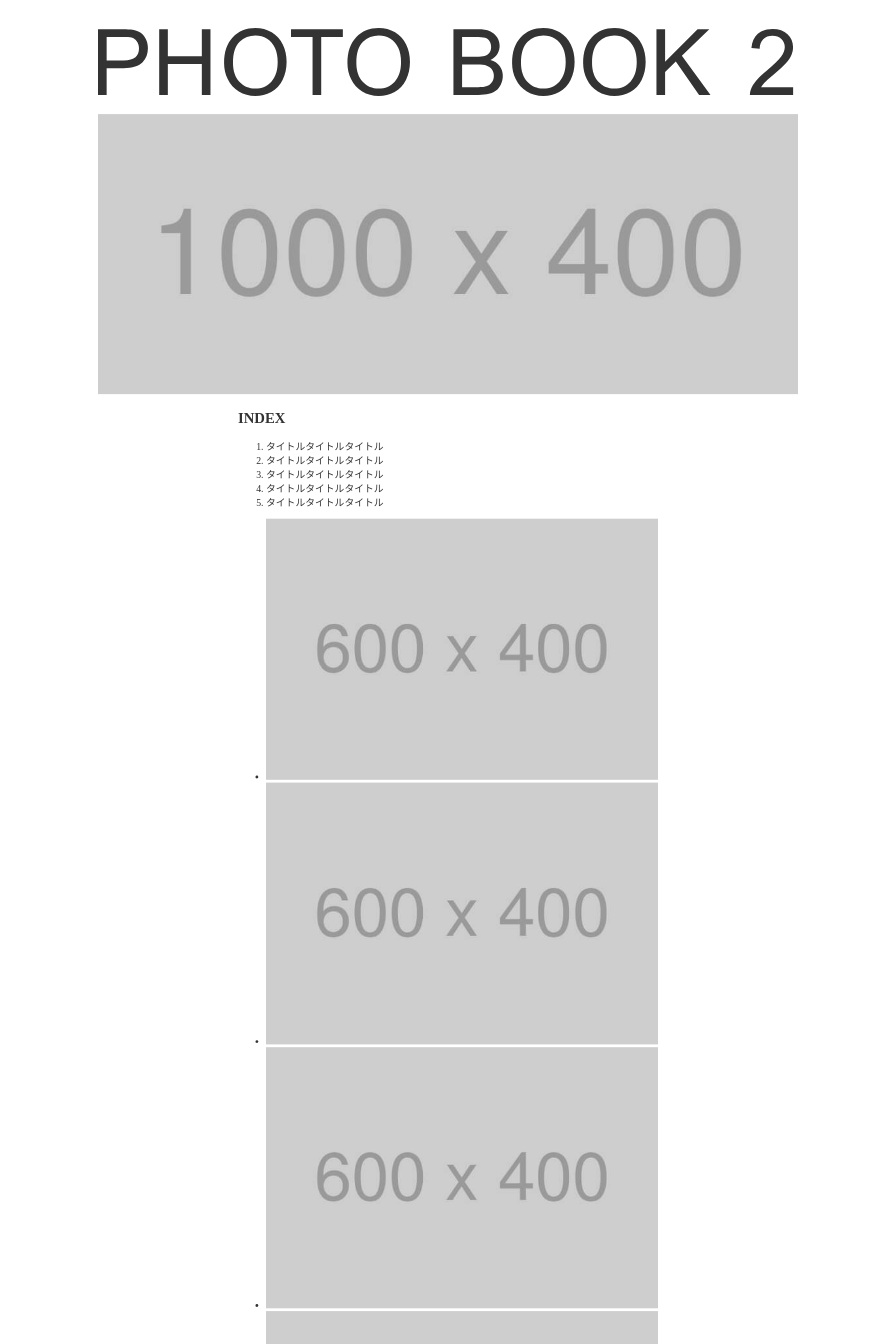
Repository: Fuki-san/photo-book-2
Page: http://localhost/photobook
The author's editor kept a copy of each file at every save. The page is drawn from the files as they stood at one save, then again after a run of saves.
The browser window is 1280 px wide. The pictures show the part of the page from y = 0 to 1920 px (the page is 2576 px tall before and 2504 px after), at 70% of full size.
The page is served by the project's Laravel application, run on PHP 8.4 with Laravel 10. Other server files are loaded and not shown.

Above is the page before, as saved 2023-11-30 11:40:32.

### routes/web.php
<?php

use Illuminate\Support\Facades\Route;

/*
|--------------------------------------------------------------------------
| Web Routes
|--------------------------------------------------------------------------
|
| Here is where you can register web routes for your application. These
| routes are loaded by the RouteServiceProvider and all of them will
| be assigned to the "web" middleware group. Make something great!
|
*/

Route::get('/', function () {
    return view('welcome');
});

Route::get('photobook', function() {
    return view('photobook');
})->name('photobook');

### resources/views/photobook.blade.php
@extends('layouts.main')

@section('title', 'photobook')

@section('content')
    <div class="container">
        <header id="header">
            <h1 class="site-title"><a href="#"><img src="img/logo.svg" alt=""></a></h1>
        </header>

        <main>

            <div id="mainvisual">
                <img src="img/mainvisual.jpg" alt="">
            </div>

            <section id="index">
                <div class="inner">
                    <h2 class="sec-title">INDEX</h2>
                    <div class="index-inner">
                        <ol class="index-list">
                            <li>タイトルタイトルタイトル</li>
                            <li>タイトルタイトルタイトル</li>
                            <li>タイトルタイトルタイトル</li>
                            <li>タイトルタイトルタイトル</li>
                            <li>タイトルタイトルタイトル</li>
                        </ol>
                    </div>
                </div>
            </section>

                <div class="inner">
                    <ul class="list">
                        <li><img src="img/photo1.jpg" alt=""></li>
                        <li><img src="img/photo2.jpg" alt=""></li>
                        <li><img src="img/photo3.jpg" alt=""></li>
                        <li><img src="img/photo4.jpg" alt=""></li>
                    </ul>
                </div>

            <section id="detail">
                <div class="inner">
                    <h2 class="sec-title">DETAIL</h2>
                    <div class="flex">
                        <dl>
                            <dt>著者 : </dt>
                            <dd>タイトルタイトルタイトル</dd>
                            <dt>出版社 : </dt>
                            <dd>タイトルタイトルタイトル</dd>
                            <dt>発行年 : </dt>
                            <dd>2021年1月1日</dd>
                        </dl>
                        <div class="text">
                            <p>テキストテキストテキストテキストテキストテキストテキストテキスト</p>
                            <p>テキストテキストテキストテキストテキストテキストテキストテキスト</p>
                            <a href="#" class="link" target="_blank" rel="noopener noreferrer">オンラインストアで見る</a>
                        </div>
                    </div>
                </div>
            </section>
        </main>

        <footer id="footer">
            <p>&copy; 2021 PHOTO BOOK 2</p>
        </footer>

    </div>
@endsection

### resources/views/layouts/main.blade.php
<!DOCTYPE html>
<html lang="ja">
<head>
    <meta charset="UTF-8">
    <meta name="viewport" content="width=device-width, initial-scale=1.0">
    <meta http-equiv="X-UA-Compatible" content="ie=edge">
    <link rel="stylesheet" href="{{ asset('css/reset.css') }}">
    <link rel="stylesheet" href="{{ asset('css/style.css') }}">
    <link rel="icon" href="img/favicon.ico">
    <title>@yield('title')</title>
</head>
<body>
    @yield('content')
</body>
</html>

### public/css/style.css
@charset "utf-8";

html{
    font-size: 100%;
}
body{
    color: #333;
    font-size: 0.875rem;
}
img{
    max-width: 100%;
}
.container{
    max-width: 1000px;
    margin: 0 auto;
}
.inner{
    margin: 0 auto;
    max-width: 600px;
}

/* header */
#header{
    margin-top: 40px;
}

### public/img/logo.svg
<?xml version="1.0" encoding="utf-8"?>
<!-- Generator: Adobe Illustrator 15.1.0, SVG Export Plug-In . SVG Version: 6.00 Build 0)  -->
<!DOCTYPE svg PUBLIC "-//W3C//DTD SVG 1.1//EN" "http://www.w3.org/Graphics/SVG/1.1/DTD/svg11.dtd">
<svg version="1.1" id="レイヤー_1" xmlns="http://www.w3.org/2000/svg" xmlns:xlink="http://www.w3.org/1999/xlink" x="0px"
	 y="0px" width="1600px" height="156px" viewBox="0 0 1600 156" enable-background="new 0 0 1600 156" xml:space="preserve">
<g>
	<path fill="#333333" d="M0,152.092V2.65h56.373c9.92,0,17.498,0.477,22.731,1.428c7.34,1.223,13.49,3.552,18.451,6.982
		c4.96,3.433,8.953,8.241,11.978,14.425c3.022,6.185,4.536,12.98,4.536,20.387c0,12.709-4.043,23.463-12.129,32.264
		c-8.09,8.802-22.699,13.202-43.834,13.202h-38.33v60.754H0z M19.775,73.702h38.636c12.775,0,21.847-2.379,27.217-7.136
		c5.369-4.757,8.053-11.451,8.053-20.082c0-6.252-1.581-11.604-4.741-16.056c-3.16-4.45-7.324-7.391-12.487-8.817
		c-3.33-0.883-9.481-1.325-18.452-1.325H19.775V73.702z"/>
	<path fill="#333333" d="M139.859,152.092V2.65h19.776v61.367h77.677V2.65h19.775v149.441h-19.775V81.652h-77.677v70.439H139.859z"
		/>
	<path fill="#333333" d="M288.174,79.309c0-24.805,6.66-44.224,19.98-58.258C321.473,7.019,338.667,0,359.735,0
		c13.795,0,26.232,3.298,37.309,9.889c11.076,6.593,19.521,15.784,25.332,27.574c5.811,11.791,8.716,25.163,8.716,40.112
		c0,15.155-3.059,28.713-9.175,40.674c-6.116,11.961-14.781,21.016-25.993,27.166c-11.214,6.15-23.311,9.226-36.291,9.226
		c-14.067,0-26.641-3.398-37.717-10.194c-11.079-6.794-19.471-16.071-25.179-27.829C291.029,104.86,288.174,92.425,288.174,79.309z
		 M308.562,79.614c0,18.01,4.843,32.197,14.527,42.559c9.684,10.364,21.831,15.546,36.442,15.546
		c14.884,0,27.131-5.231,36.75-15.699c9.615-10.464,14.423-25.313,14.423-44.546c0-12.165-2.057-22.784-6.167-31.856
		c-4.112-9.071-10.126-16.106-18.043-21.101c-7.917-4.995-16.804-7.493-26.656-7.493c-14,0-26.046,4.81-36.137,14.425
		C313.608,41.065,308.562,57.121,308.562,79.614z"/>
	<path fill="#333333" d="M490.425,152.092V20.286h-49.237V2.65h118.451v17.636h-49.439v131.806H490.425z"/>
	<path fill="#333333" d="M570.14,79.309c0-24.805,6.658-44.224,19.979-58.258C603.438,7.019,620.632,0,641.7,0
		c13.794,0,26.23,3.298,37.309,9.889c11.076,6.593,19.522,15.784,25.331,27.574c5.813,11.791,8.717,25.163,8.717,40.112
		c0,15.155-3.059,28.713-9.176,40.674c-6.114,11.961-14.779,21.016-25.992,27.166s-23.311,9.226-36.291,9.226
		c-14.068,0-26.641-3.398-37.717-10.194c-11.078-6.794-19.47-16.071-25.179-27.829C572.994,104.86,570.14,92.425,570.14,79.309z
		 M590.526,79.614c0,18.01,4.843,32.197,14.527,42.559c9.685,10.364,21.83,15.546,36.442,15.546
		c14.883,0,27.132-5.231,36.748-15.699c9.615-10.464,14.424-25.313,14.424-44.546c0-12.165-2.057-22.784-6.166-31.856
		c-4.113-9.071-10.127-16.106-18.043-21.101c-7.918-4.995-16.804-7.493-26.658-7.493c-14,0-26.044,4.81-36.136,14.425
		C595.572,41.065,590.526,57.121,590.526,79.614z"/>
	<path fill="#333333" d="M812.43,152.092V2.65h56.066c11.416,0,20.573,1.514,27.472,4.537c6.896,3.024,12.3,7.68,16.209,13.966
		c3.907,6.286,5.861,12.861,5.861,19.724c0,6.39-1.732,12.404-5.198,18.044c-3.467,5.641-8.7,10.193-15.7,13.659
		c9.039,2.65,15.987,7.172,20.848,13.558c4.857,6.389,7.289,13.933,7.289,22.631c0,7-1.479,13.506-4.435,19.521
		c-2.957,6.016-6.612,10.652-10.958,13.915c-4.352,3.261-9.806,5.726-16.363,7.391c-6.558,1.666-14.593,2.497-24.106,2.497H812.43z
		 M832.206,65.444h32.313c8.768,0,15.053-0.576,18.859-1.733c5.027-1.493,8.818-3.975,11.366-7.439
		c2.548-3.468,3.822-7.815,3.822-13.049c0-4.961-1.188-9.328-3.567-13.099c-2.38-3.773-5.776-6.354-10.192-7.748
		c-4.419-1.393-11.997-2.09-22.733-2.09h-29.868V65.444z M832.206,134.457h37.208c6.386,0,10.872-0.237,13.455-0.715
		c4.552-0.814,8.358-2.173,11.417-4.077c3.058-1.901,5.571-4.672,7.544-8.308c1.971-3.634,2.956-7.832,2.956-12.589
		c0-5.571-1.428-10.414-4.281-14.526c-2.854-4.111-6.814-6.999-11.876-8.665c-5.063-1.664-12.354-2.497-21.865-2.497h-34.558
		V134.457z"/>
	<path fill="#333333" d="M946.479,79.309c0-24.805,6.659-44.224,19.979-58.258C979.776,7.019,996.972,0,1018.039,0
		c13.794,0,26.23,3.298,37.309,9.889c11.077,6.593,19.521,15.784,25.331,27.574c5.812,11.791,8.717,25.163,8.717,40.112
		c0,15.155-3.058,28.713-9.175,40.674s-14.781,21.016-25.994,27.166s-23.311,9.226-36.29,9.226
		c-14.068,0-26.641-3.398-37.717-10.194c-11.078-6.794-19.47-16.071-25.18-27.829C949.332,104.86,946.479,92.425,946.479,79.309z
		 M966.865,79.614c0,18.01,4.842,32.197,14.526,42.559c9.685,10.364,21.83,15.546,36.442,15.546
		c14.884,0,27.133-5.231,36.749-15.699c9.615-10.464,14.424-25.313,14.424-44.546c0-12.165-2.057-22.784-6.166-31.856
		c-4.113-9.071-10.127-16.106-18.044-21.101c-7.917-4.995-16.803-7.493-26.657-7.493c-14.001,0-26.044,4.81-36.136,14.425
		C971.91,41.065,966.865,57.121,966.865,79.614z"/>
	<path fill="#333333" d="M1108.865,79.309c0-24.805,6.66-44.224,19.979-58.258C1142.163,7.019,1159.357,0,1180.426,0
		c13.794,0,26.23,3.298,37.31,9.889c11.076,6.593,19.521,15.784,25.332,27.574c5.811,11.791,8.715,25.163,8.715,40.112
		c0,15.155-3.059,28.713-9.175,40.674c-6.115,11.961-14.779,21.016-25.993,27.166s-23.312,9.226-36.29,9.226
		c-14.068,0-26.642-3.398-37.719-10.194c-11.078-6.794-19.469-16.071-25.177-27.829
		C1111.719,104.86,1108.865,92.425,1108.865,79.309z M1129.254,79.614c0,18.01,4.842,32.197,14.525,42.559
		c9.684,10.364,21.831,15.546,36.442,15.546c14.882,0,27.131-5.231,36.749-15.699c9.615-10.464,14.424-25.313,14.424-44.546
		c0-12.165-2.057-22.784-6.167-31.856c-4.113-9.071-10.127-16.106-18.043-21.101c-7.917-4.995-16.804-7.493-26.658-7.493
		c-13.999,0-26.044,4.81-36.135,14.425C1134.298,41.065,1129.254,57.121,1129.254,79.614z"/>
	<path fill="#333333" d="M1276.45,152.092V2.65h19.776V76.76l74.211-74.109h26.81l-62.691,60.552l65.444,88.89h-26.096
		l-53.213-75.638l-24.465,23.854v51.784H1276.45z"/>
</g>
<path fill="#333333" d="M1588.863,134.712v17.636h-98.777c-0.138-4.417,0.575-8.665,2.14-12.743
	c2.514-6.728,6.54-13.354,12.079-19.878c5.539-6.523,13.541-14.067,24.008-22.63c16.242-13.319,27.218-23.87,32.926-31.652
	c5.709-7.78,8.563-15.138,8.563-22.069c0-7.271-2.601-13.405-7.799-18.4c-5.199-4.995-11.978-7.492-20.337-7.492
	c-8.835,0-15.902,2.65-21.203,7.951s-7.986,12.641-8.053,22.019l-18.859-1.937c1.29-14.067,6.149-24.787,14.577-32.162
	c8.427-7.373,19.741-11.061,33.946-11.061c14.338,0,25.688,3.976,34.048,11.927c8.358,7.951,12.538,17.807,12.538,29.563
	c0,5.981-1.224,11.86-3.67,17.636c-2.446,5.776-6.508,11.86-12.182,18.247c-5.676,6.389-15.104,15.155-28.288,26.3
	c-11.009,9.243-18.078,15.513-21.203,18.808c-3.127,3.298-5.708,6.61-7.747,9.939H1588.863z"/>
</svg>

After the next 4 saves:
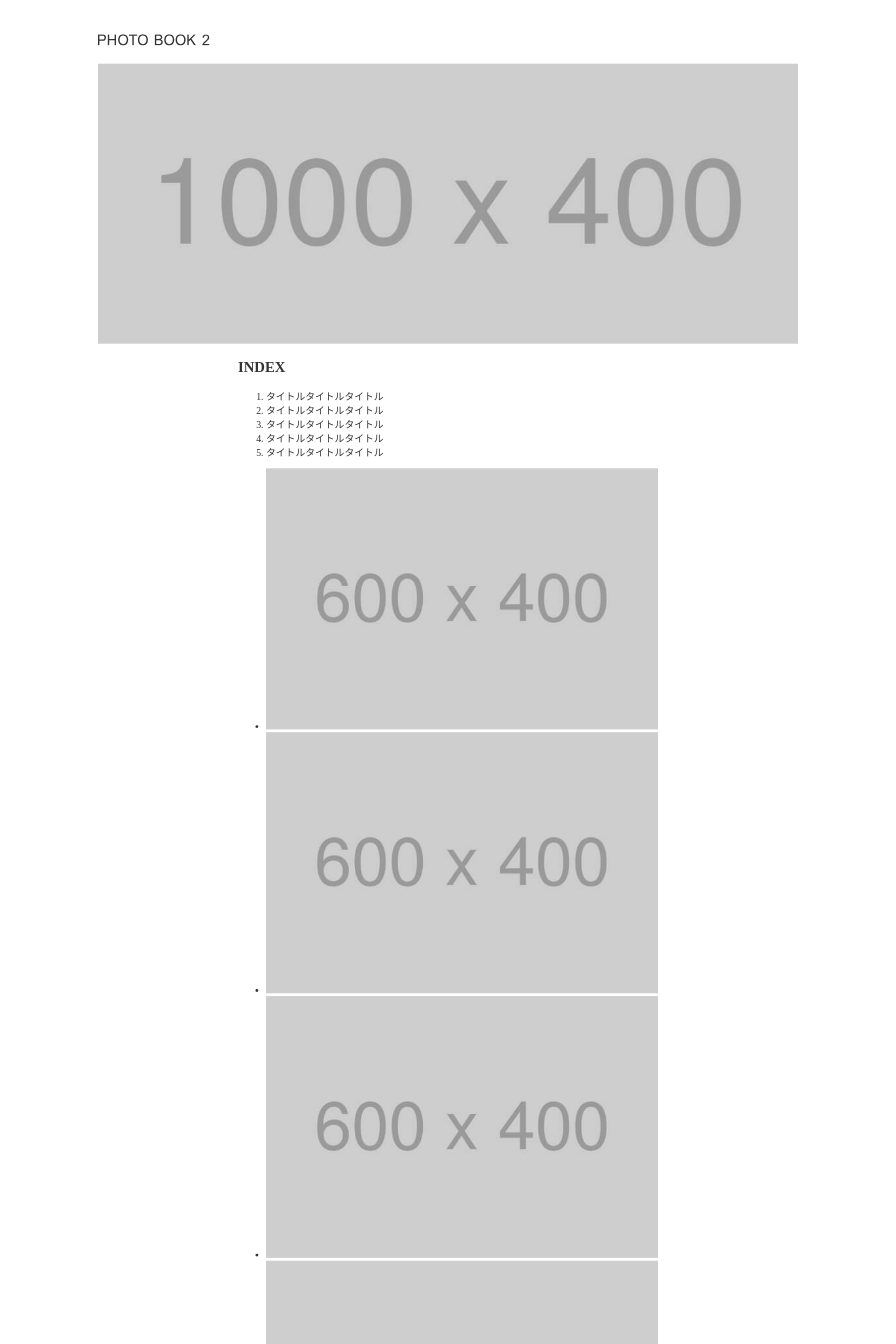
The 4 saves are shown as one change because they came seconds apart.
The last was saved 16 s later.
--- a/public/css/style.css
+++ b/public/css/style.css
@@ -23,3 +23,6 @@
 #header{
     margin-top: 40px;
 }
+#header .site-title{
+    width: 160px;
+}
